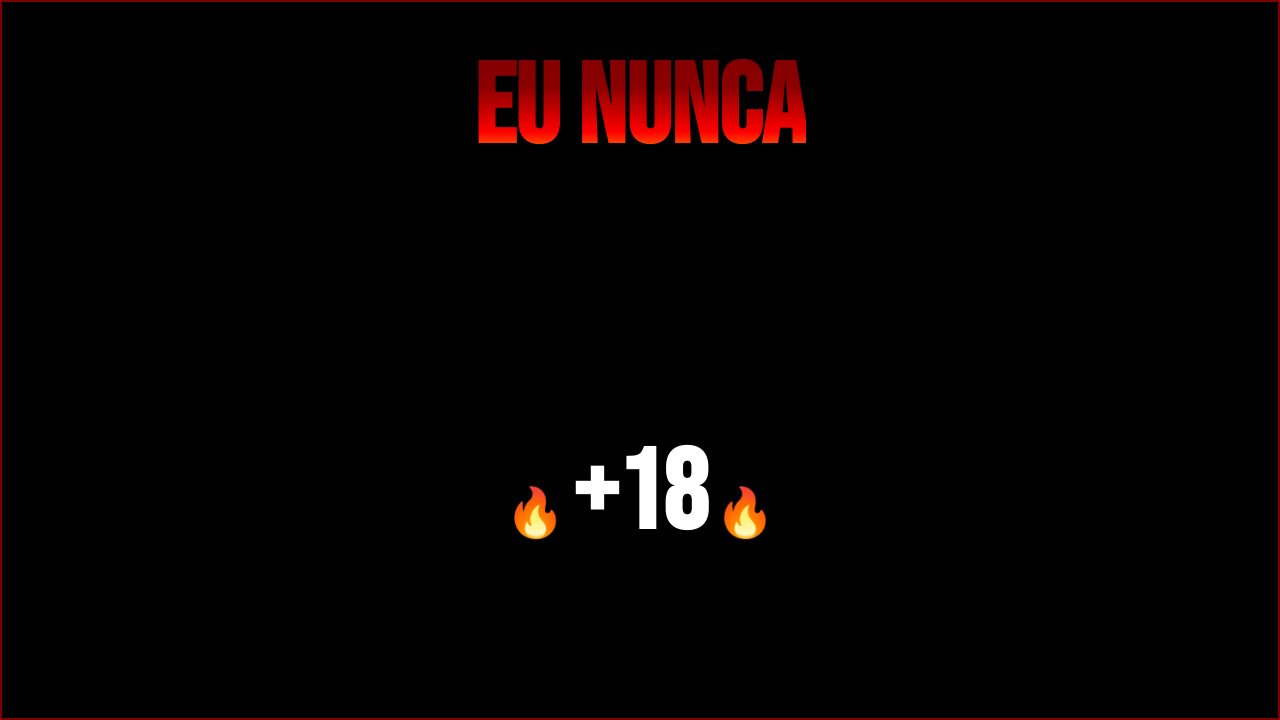
Repository: odiloalmeida/inever
Page: index.html
An editor plug-in stored every save of this project. The page is shown before and after the next save, followed by the edit.
The browser window is 1280 px wide. The pictures show the whole page.

Above is the page before, as saved 2023-01-31 22:37:40.

After the next save:
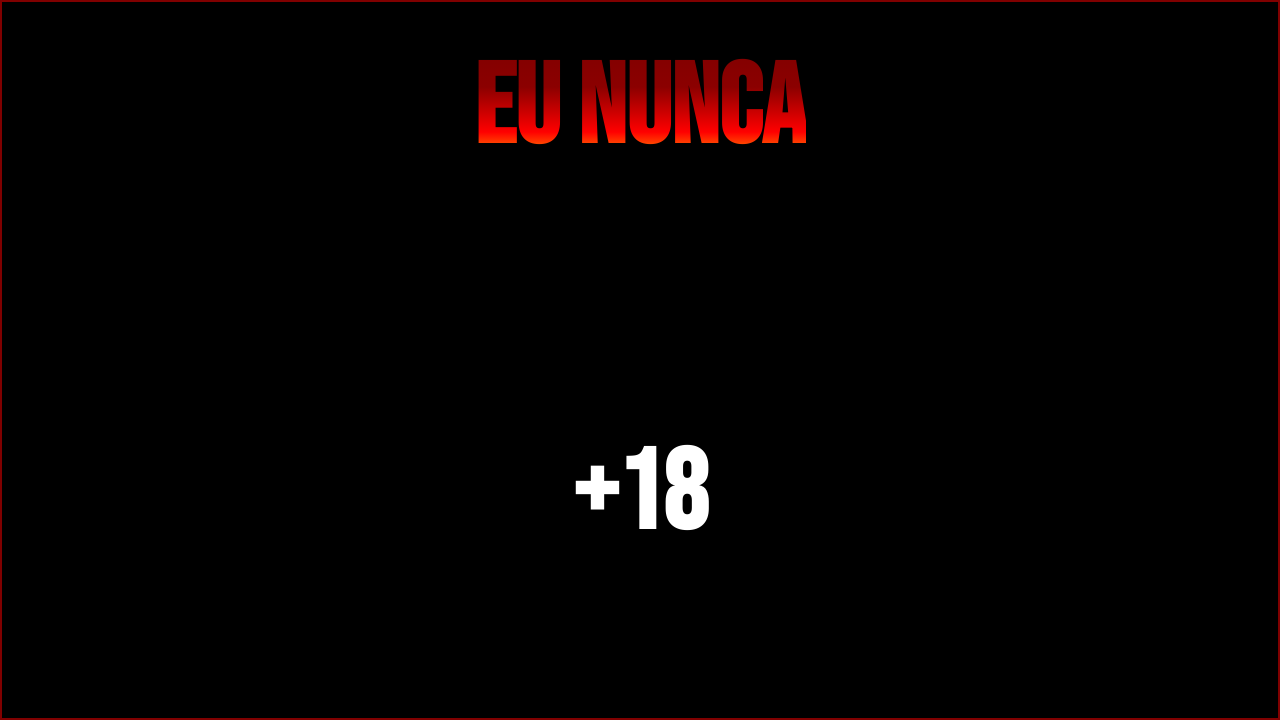
Saved 17 s later.
--- a/index.html
+++ b/index.html
@@ -16,9 +16,7 @@
     </div>
     <button id="myButton" onclick="changeButtonName()">
         <br>
-        <span3>&#128293</span3>
         <span2>+18</span2>
-        <span3>&#128293</span3>
     </button>
 </body>
 
